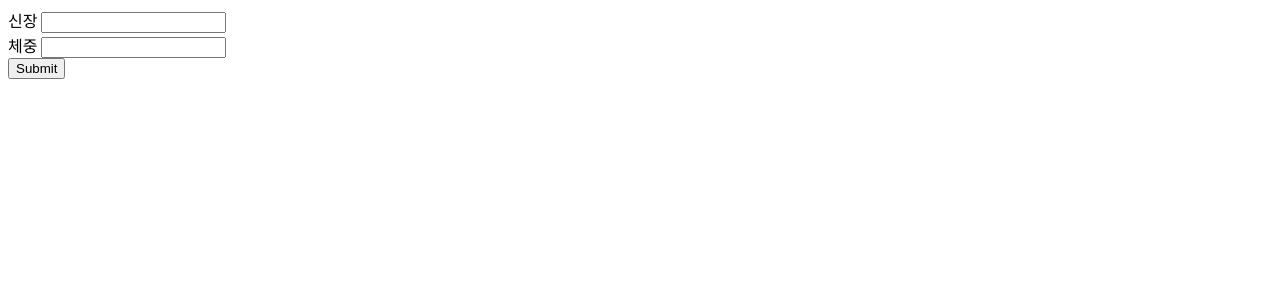
Repository: jungreul97/jsp_pracitce
Page: http://localhost/JSPBasic/JspObject/1.requests/req_bmi.jsp
The author's editor kept a copy of each file at every save. The page is drawn from the files as they stood at one save, then again after the next save.
The browser window is 1280 px wide. The pictures show the whole page.
The page is served by Tomcat 9.

Above is the page before, as saved 2022-02-04 00:39:52.

### JSPBasic/src/main/webapp/JspObject/1.requests/req_bmi.jsp
<%@ page language="java" contentType="text/html; charset=UTF-8"
    pageEncoding="UTF-8"%>
<!DOCTYPE html>
<html>
<head>
<meta charset="UTF-8">
<title>Insert title here</title>
</head>
<body>
<%--
	사용자의 키(height)와 체중(weight)를 입력받아 BMI지수를 계산해 출력하는
	form 및 출력페이지를 만들어 보겠습니다.

	1.사용자의 입력값을 서버로 전송할 때는 form 태그를 사용합니다.
	2.form의 action= 속성을 이용해 전달할 페이지 및 URL을 지정할 수 있습니다.
	3.input태그에 name 속성으로 요청 자료를 부를 명칭을 정할 수 있습니다.
	4.submit 버튼을 사용하면 action= 에 지정한 페이지로 자료가 전송됩니다.
	5.req_bmi.jsp -> req_bmi_result.jsp로 전송되게 해주세요.
 --%>

 	<form action = "req_bmi_result" method = "get">
 		신장
 		<input type = "text" name = "height"><br/>
 		체중
 		<input type = "text" name = "weight"><br/>

		<input type = "submit">
 	</form>
</body>
</html>

After the next save:
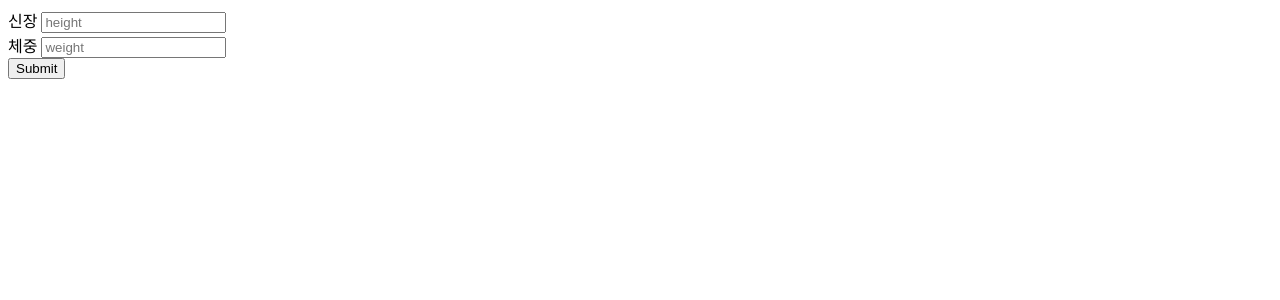
Saved 49 s later.
--- a/JSPBasic/src/main/webapp/JspObject/1.requests/req_bmi.jsp
+++ b/JSPBasic/src/main/webapp/JspObject/1.requests/req_bmi.jsp
@@ -20,9 +20,9 @@
 
  	<form action = "req_bmi_result" method = "get">
  		신장
- 		<input type = "text" name = "height"><br/>
+ 		<input type = "text" name = "height" placeholder = "height"><br/>
  		체중
- 		<input type = "text" name = "weight"><br/>
+ 		<input type = "text" name = "weight" placeholder = "weight"><br/>
 
 		<input type = "submit">
  	</form>
